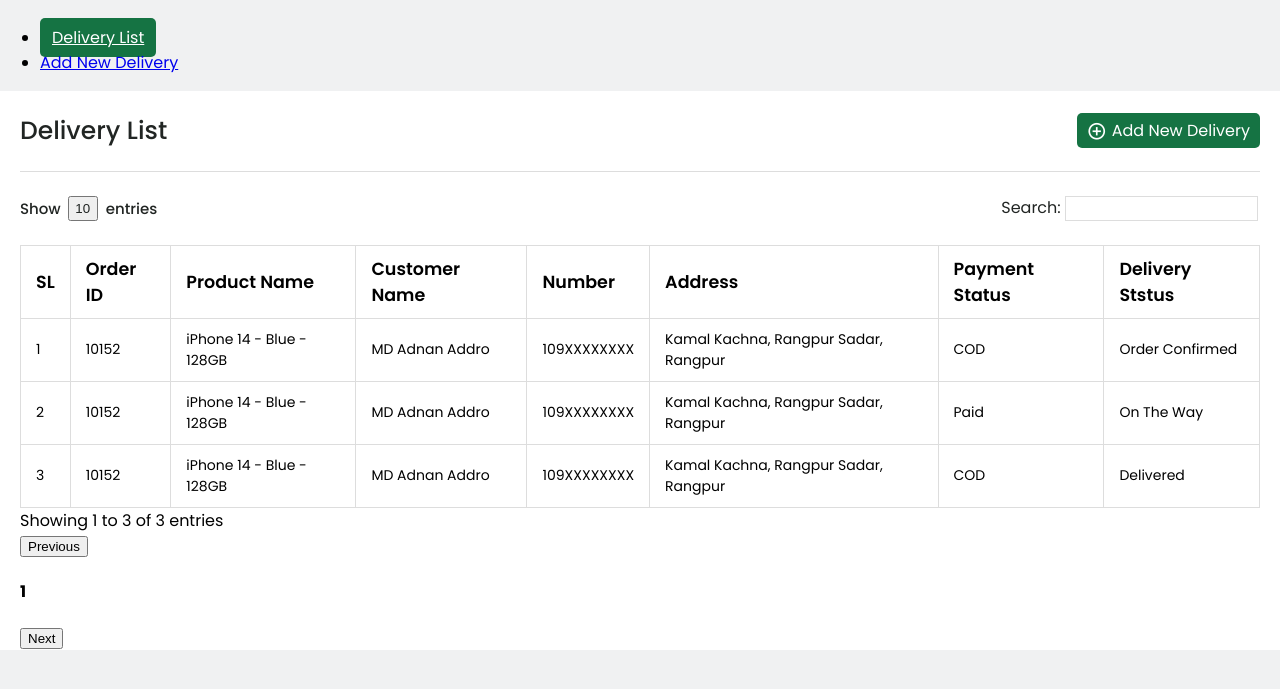
Repository: codebyaddro/delivery-page
Page: delivery.html
An editor plug-in stored every save of this project. The page is shown before and after the next save, followed by the edit.
The browser window is 1280 px wide. The pictures show the whole page.

Above is the page before, as saved 2025-02-27 14:35:29.

### delivery.html
<!DOCTYPE html>
<html lang="en">
<head>
    <meta charset="UTF-8">
    <meta name="viewport" content="width=device-width, initial-scale=1.0">
    <link rel="stylesheet" href="/delivery.css">
    <link href='https://unpkg.com/boxicons@2.1.4/css/boxicons.min.css' rel='stylesheet'>
    <title>Document</title>
</head>
<body>
    <div class="cba-delivery-container">
        <div class="top-menus">
            <ul>
                <li><a href="/index.html" class="cba-delivery-active-menu">Delivery List</a></li>
                <li><a href="/inner-page/html/anb.html" class="cba-delivery-light-up">Add New Delivery</a></li>
            </ul>
        </div>
        <div class="cba-delivery-list-container">
            <div class="cba-delivery-heading-add-new-btn">
                <div class="cba-delivery-heading">
                    <h2>Delivery List</h2>
                </div>
                <div class="cba-delivery-add-new-btn">
                    <i class='cba-delivery-add-icon bx bx-plus-circle'></i>
                    <a href="/inner-page/html/anb.html">Add New Delivery</a>
                </div>
            </div>
            <div class="cba-delivery-list-short-dpdwn-search-box">
                <div class="cba-delivery-list-short-dpdwn">
                    <h3>Show</h3>
                    <select name="10" id="">
                        <option value="">10</option>
                        <option value="">20</option>
                        <option value="">30</option>
                        <option value="">All</option>
                    </select>
                    <h3>entries</h3>
                </div>
                <div class="cba-delivery-search-box">
                    <legend>Search: <input type="text"></legend>
                </div>
            </div>
            <div class="cba-delivery-table-list">
                <table>
                    <thead>
                        <tr>
                            <th title="SL">SL</th>
                            <th title="Code">Order ID</th>
                            <th title="Code">Product Name</th>
                            <th title="Code">Customer Name</th>
                            <th title="Category Name">Number</th>
                            <th title="Category Name">Address</th>
                            <th title="Status">Payment Status</th>
                            <th title="Action">Delivery Ststus</th>
                        </tr>
                    </thead>
                    <tbody>
                        <tr>
                            <td>1</td>
                            <td>10152</td>
                            <td>iPhone 14 - Blue - 128GB</td>
                            <td>MD Adnan Addro</td>
                            <td>109XXXXXXXX</td>
                            <td>Kamal Kachna, Rangpur Sadar, Rangpur</td>
                            <td><span class="cba-delivery-ps-cod">COD</span></td>
                            <td><span class="cba-delivery-ds-ocon">Order Confirmed</span></td>
                        </tr>
                        <tr>
                            <td>2</td>
                            <td>10152</td>
                            <td>iPhone 14 - Blue - 128GB</td>
                            <td>MD Adnan Addro</td>
                            <td>109XXXXXXXX</td>
                            <td>Kamal Kachna, Rangpur Sadar, Rangpur</td>
                            <td><span class="cba-delivery-ps-paid">Paid</span></td>
                            <td><span class="cba-delivery-ds-otw">On The Way</span></td>
                        </tr>
                        <tr>
                            <td>3</td>
                            <td>10152</td>
                            <td>iPhone 14 - Blue - 128GB</td>
                            <td>MD Adnan Addro</td>
                            <td>109XXXXXXXX</td>
                            <td>Kamal Kachna, Rangpur Sadar, Rangpur</td>
                            <td><span class="cba-delivery-ps-cod">COD</span></td>
                            <td><span class="cba-delivery-ds-deld">Delivered</span></td>
                        </tr>
                    </tbody>
                </table>
            </div>
            <div class="cba-delivery-entries-details-list-page-btn">
                <div class="cba-delivery-entries-details">
                    Showing <span>1</span> to <span>3</span> of <span>3</span> entries
                </div>
                <div class="cba-delivery-list-page-btn">
                    <button>Previous</button>
                    <h4><span>1</span></h4>
                    <button>Next</button>
                </div>
            </div>
        </div>
    </div>
</body>
</html>

### delivery.css
/* -- fonts -- */
@import url('https://fonts.googleapis.com/css2?family=Poppins:ital,wght@0,100;0,200;0,300;0,400;0,500;0,600;0,700;0,800;0,900;1,100;1,200;1,300;1,400;1,500;1,600;1,700;1,800;1,900&family=Raleway:ital,wght@0,100..900;1,100..900&family=Roboto:ital,wght@0,100;0,300;0,400;0,500;0,700;0,900;1,100;1,300;1,400;1,500;1,700;1,900&family=VT323&display=swap');

/* -- root -- */

:root {
    --gray-white: #F0F1F2;
    --white: #FFFFFF;
    --black: #000000;
    --gray-black: #DDDDDD;
    --light-black: #212523;
    --light-black-op: #21252350;
    --main-green: #157343;
    --main-light: #37A000;
    --orange: #FD7E14;
    --lt-orange: #fee3cd;
    --green: #008000;
    --lt-green: #e9f6ec;
    --red: #FF0000;
    --light-red: #fbeaec;
    --blue: #0000ff;
    --lt-blue: #e6e6ff;
}

/* ---------- */

* {
    box-sizing: border-box;
}

body {
    margin: 0;
    padding: 0;
    font-family: "Poppins", serif;
    background-color: var(--gray-white);
}

::selection {
    color: var(--white);
    background-color: var(--main-light);
}

/* -- category container style -- */

.cba-delivery-container {
    width: 100%;
    margin-top: 25px;
}

/* -- top menus style--  */

.cba-delivery-top-menus {
    background-color: var(--white);
    display: flex;
    justify-content: left;
    align-items: center;
    height: 60px;
    margin-bottom: 15px;
}

.cba-delivery-top-menus ul {
    list-style-type: none;
    display: flex;
    gap: 30px;
    margin-left: -20px;
}

.cba-delivery-top-menus ul li a {
    text-decoration: none;
    color: var(--black);
    font-size: 15px;
    font-weight: 500;
}

/* -- active menu style -- */

.cba-delivery-active-menu {
    color: var(--white)!important;
    background-color: var(--main-green);
    padding: 8px 12px;
    border-radius: 5px;
}

/* -- menu hover style -- */

.cba-delivery-light-up:hover {
    color: var(--orange);
}

/* -- list container style -- */

.cba-delivery-list-container {
    background-color: var(--white);
    padding: 0px 20px;
}

/* -- heading-add-new-btn style -- */

.cba-delivery-heading-add-new-btn {
    display: flex;
    justify-content: space-between;
    align-items: center;
    border-bottom: 1px solid var(--gray-black) ;
}

.cba-delivery-heading h2 {
    color: var(--light-black);
    font-size: 25px;
    font-weight: 500;
}

/* -- add-new-btn style -- */

.cba-delivery-add-new-btn {
    display: flex;
    gap: 5px;
    justify-content: baseline;
    align-items: center;
}

.cba-delivery-add-new-btn {
    background-color: var(--main-green);
    padding: 5px 10px;
    border-radius: 5px;
}

.cba-delivery-add-new-btn a {
    color: var(--white);
    text-decoration: none;
}

.cba-delivery-add-icon {
    color: var(--white);
    font-size: 20px;
}

/* -- list-short-dpdwn-search-box style -- */

.cba-delivery-list-short-dpdwn-search-box {
    display: flex;
    justify-content: space-between;
    align-items: center;
    padding: 10px 0px;
}

/* -- list-short-dpdwn style -- */

.cba-delivery-list-short-dpdwn {
    display: flex;
    gap: 7.5px;
    align-items: center;
}

.cba-delivery-list-short-dpdwn h3 {
    color: var(--light-black);
    font-size: 15px;
    font-weight: 500;
}

.cba-delivery-list-short-dpdwn select {
    color: var(--light-black);
    appearance: none;
    height: 25px;
    width: 30px;
    padding-left: 6px;
    outline: none;
    border-radius: 2.5px;
}

/* -- search-box style -- */

.cba-delivery-search-box {
    display: flex;
    align-items: center;
}

.cba-delivery-search-box legend {
    color: var(--light-black);
}

.cba-delivery-search-box input {
    outline: none;
    height: 25px;
    width: 193px;
    border: 1px solid var(--gray-black);
}

/* -- table-list style --*/

table {
    border-collapse: collapse;
    width: 100%;
}

/* -- thead style -- */

thead {
    cursor: pointer;
}

th, td {
    border: 1px solid var(--gray-black);
    padding: 10px 15px;
}

thead tr th {
    font-size: 17.5px;
    font-weight: 600;
    text-align: left;
}

tbody tr td {
    font-size: 14px;
}

tbody tr:hover {
    background-color: var(--gray-white);
}

/* -- tbody style -- */

/* payment status style */

.ps-paid {
    color: var(--green);
    background-color: var(--lt-green);
    font-size: 12px;
    font-weight: 500;
    padding: 2.5px 7.5px;
    border-radius: 5px;
}

.ps-cod {
    color: var(--orange);
    background-color: var(--lt-orange);
    font-size: 12px;
    font-weight: 500;
    padding: 2.5px 7.5px;
    border-radius: 5px;
}

/* delivery status style */

.ds-ocon {
    color: var(--blue);
    background-color: var(--lt-blue);
    font-size: 12px;
    font-weight: 500;
    padding: 2.5px 7.5px;
    border-radius: 5px;
}

.ds-otw {
    color: var(--orange);
    background-color: var(--lt-orange);
    font-size: 12px;
    font-weight: 500;
    padding: 2.5px 7.5px;
    border-radius: 5px;
}

.ds-deld {
    color: var(--green);
    background-color: var(--lt-green);
    font-size: 12px;
    font-weight: 500;
    padding: 2.5px 7.5px;
    border-radius: 5px;
}

/* -- action style -- */

.edit-icon {
    color: var(--green);
    background-color: var(--lt-green);
    padding: 7px 7px;
    margin-right: 2.5px;
    border: 1px solid var(--green);
    font-size: 20px;
}

.edit-icon:hover {
    background-color: var(--light-black-op);
}

.delete-icon {
    color: var(--red);
    background-color: var(--light-red);
    padding: 7px 7px;
    margin-left: 2.5px;
    border: 1px solid var(--red);
    font-size: 20px;
}

.delete-icon:hover {
    background-color: var(--light-black-op);
}

/* -- entries-details-list-page-btn style -- */

.entries-details-list-page-btn {
    display: flex;
    justify-content: space-between;
    align-items: center;
    padding: 10px 0px;
}

.entries-details {
    color: var(--black);
    font-size: 15px;
}

.list-page-btn {
    display: flex;
    gap: 5px;
    align-items: center;
}

.list-page-btn button {
    color: var(--light-black);
    background-color: var(--gray-white);
    padding: 8px 14px;
    border: none;
    border-radius: 5px;
    cursor: pointer;
}

.list-page-btn h4 {
    color: var(--white);
    background-color: var(--main-light);
    font-size: 15px;
    font-weight: 400;
    padding: 3px 12px;
    border-radius: 5px;
}

After the next save:
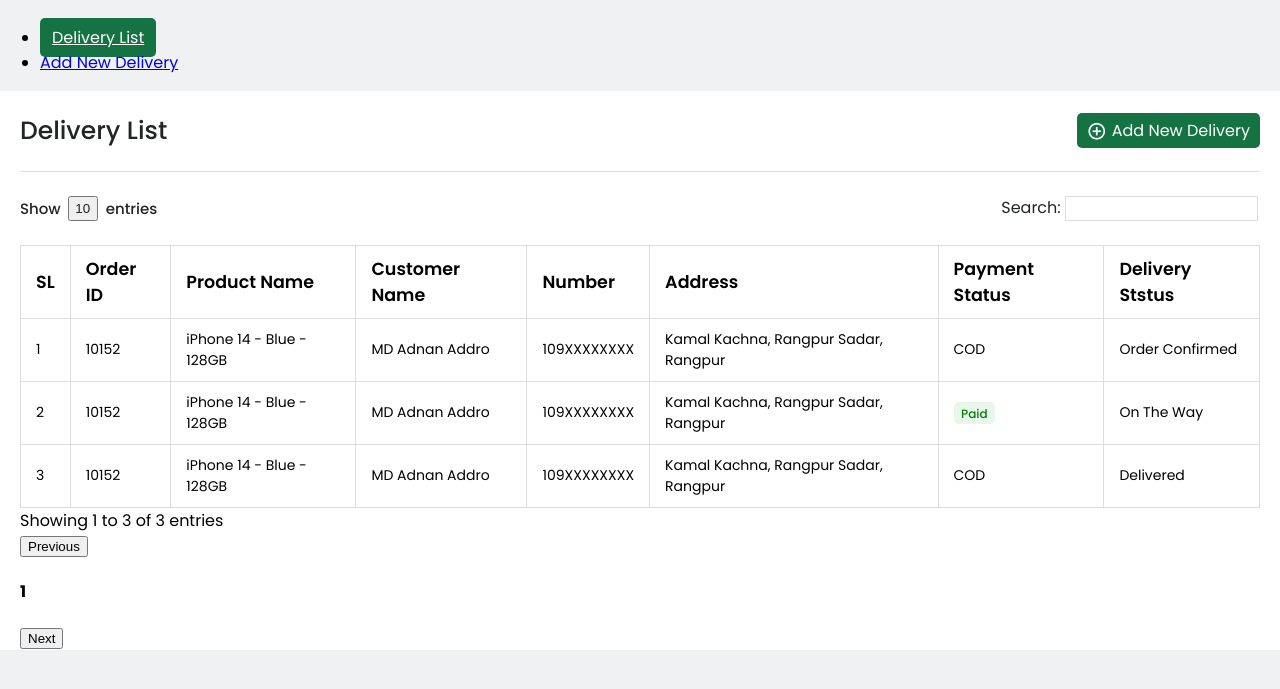
Saved 4 s later.
--- a/delivery.css
+++ b/delivery.css
@@ -221,7 +221,7 @@ tbody tr:hover {
 
 /* payment status style */
 
-.ps-paid {
+.cba-delivery-ps-paid {
     color: var(--green);
     background-color: var(--lt-green);
     font-size: 12px;
